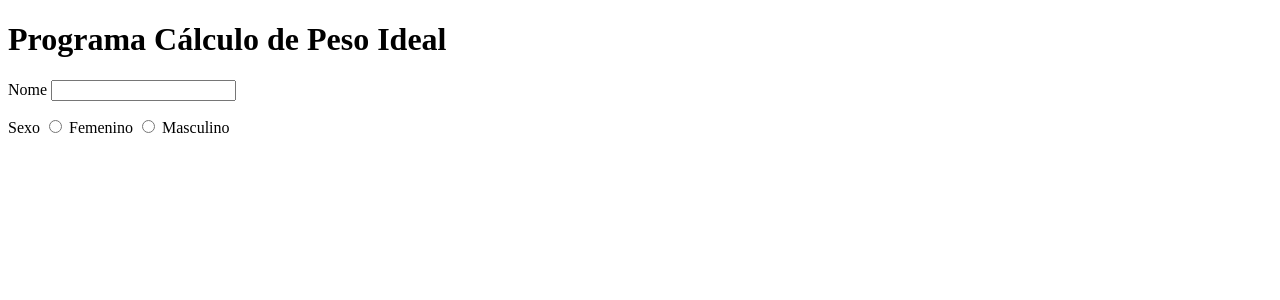
Repository: JhonMercedes/Javascript-book
Page: cap3/ex3_2.html
An editor plug-in stored every save of this project. The page is shown before and after the next save, followed by the edit.
The browser window is 1280 px wide. The pictures show the whole page.

Above is the page before, as saved 2021-12-11 23:26:48.

After the next save:
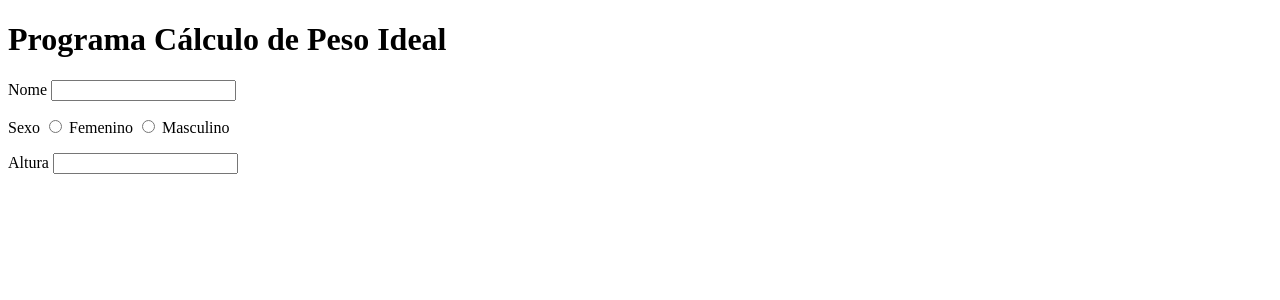
Saved 35 s later.
--- a/cap3/ex3_2.html
+++ b/cap3/ex3_2.html
@@ -16,6 +16,9 @@
         <input type="radio" name="sexo" id="inFem" > Femenino
         <input type="radio" name="sexo" id="inMasc"> Masculino
     </p>
+    <p>Altura
+        <input type="text" id="inAltura">
+    </p>
 
 </body>
 </html>
